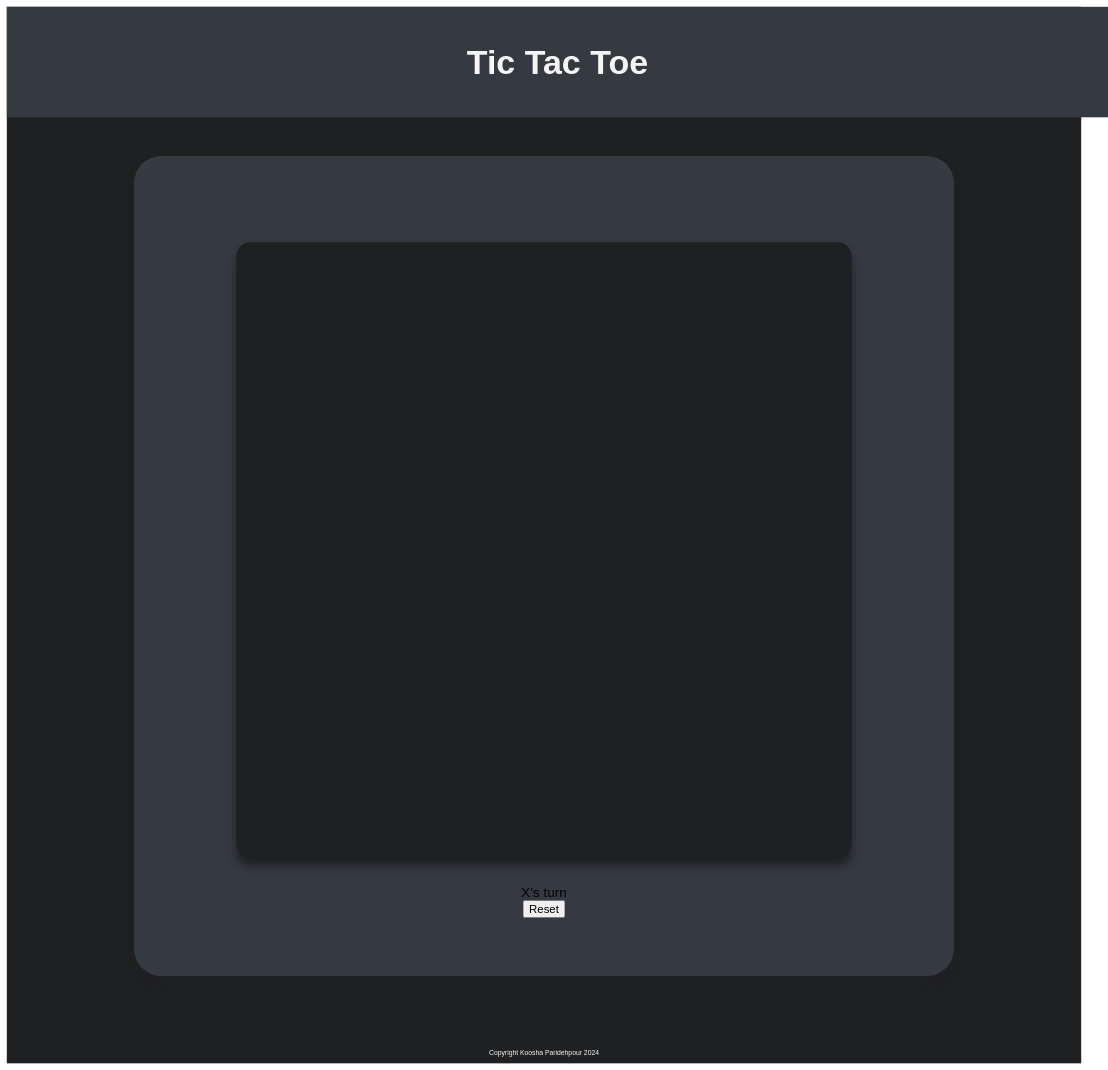
Repository: KooshaPari/odin-TTT
Page: index.html
An editor plug-in stored every save of this project. The page is shown before and after the next save, followed by the edit.
The browser window is 1280 px wide. The page is 1304 px wide, so the pictures cover 1304 px, including what lies to the right of the window. The pictures show the whole page, at 85% of full size.
The pointer rests on the first visible `#game`.

Above is the page before, as saved 2024-03-14 22:50:09.

### index.html
<!doctype html>
<html lang="en">
  <head>
    <meta charset="UTF-8" />

    <link rel="stylesheet" href="./style.css" />
    <meta name="viewport" content="width=device-width, initial-scale=1.0" />
    <title>Document</title>
  </head>
  <body>
    <div id="parent">
      <div id="header">
        <h1>Tic Tac Toe</h1>
      </div>
      <div id="body">
        <div id="game">
          <div id="board">
            <div class="square" id="0"></div>
            <div class="square" id="1"></div>
            <div class="square" id="2"></div>
            <div class="square" id="3"></div>
            <div class="square" id="4"></div>
            <div class="square" id="5"></div>
            <div class="square" id="6"></div>
            <div class="square" id="7"></div>
            <div class="square" id="8"></div>
          </div>
          <div id="status">X's turn</div>
          <button id="reset">Reset</button>
        </div>
      </div>
      <div id="footer">
        <p>Copyright Koosha Paridehpour 2024</p>
      </div>
    </div>
  </body>
</html>

### style.css
* {
  font-family: sans-serif;
}
#parent {
  background-color: #1f2022;
  width: 100%;
  height: 100%;
}
#header {
  background-color: #353a40;
  padding: 1.25%;
  width: 100%;
  height: 100%;
}
#header h1 {
  color: #f6f5f5;

  font-size: 2.5em;
}
#footer p {
  color: #f6f5f5;
  font-size: 0.5em;
}

#header,
#footer,
#body {
  display: flex;
  align-items: center;
  justify-content: center;
}
#title {
  color: #f6f5f5;
}
#body {
  flex-direction: column;
}
#game {
  display: flex;
  flex-direction: column;
  justify-content: center;
  align-items: center;
  background-color: #353a40;
  border-radius: 2em;
  margin: 5vw;
  box-shadow: 0px 10px 10px #1f2022;
  width: 75vw;
  height: 75vw;
  -webkit-border-radius: 2em;
  -moz-border-radius: 2em;
  -ms-border-radius: 2em;
  -o-border-radius: 2em;
}
#board {
  width: 75%;

  height: 75%;
  background-color: #1f2022;
  border-radius: 1em;
  margin: 2em;
  box-shadow: 0px 10px 10px #1f2022;
  -webkit-border-radius: 1em;
  -moz-border-radius: 1em;
  -ms-border-radius: 1em;
  -o-border-radius: 1em;
}
#board:hover {
  transform: scale(1.025) translate(0, -1em);
  transition: 0.5s ease-in-out;
  -webkit-transform: scale(1.025) translate(0, -1em);
  -moz-transform: scale(1.025) translate(0, -1em);
  -ms-transform: scale(1.025) translate(0, -1em);
  -o-transform: scale(1.025) translate(0, -1em);
  -webkit-transition: 0.5s ease-in-out;
  -moz-transition: 0.5s ease-in-out;
  -ms-transition: 0.5s ease-in-out;
  -o-transition: 0.5s ease-in-out;
}
#game:hover {
  transform: scale(1.005) translate(0, -1em);
  transition: 0.5s ease-in-out;
  -webkit-transform: scale(1.005) translate(0, -1em);
  -moz-transform: scale(1.005) translate(0, -1em);
  -ms-transform: scale(1.005) translate(0, -1em);
  -o-transform: scale(1.005) translate(0, -1em);
}

After the next save:
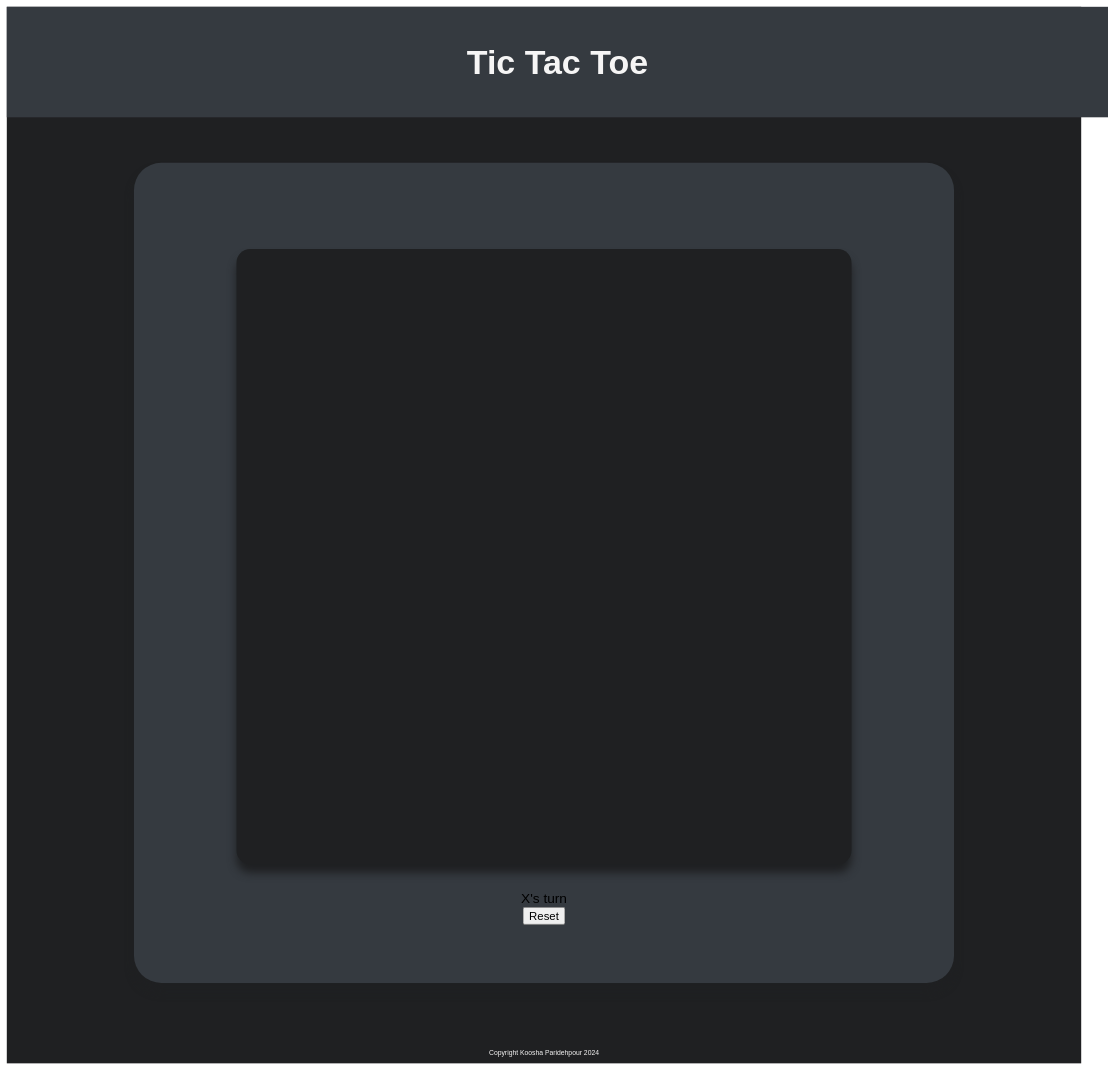
Saved 5 s later.
--- a/style.css
+++ b/style.css
@@ -77,10 +77,10 @@
   -o-transition: 0.5s ease-in-out;
 }
 #game:hover {
-  transform: scale(1.005) translate(0, -1em);
+  transform: scale(1.005) translate(0, -0.5em);
   transition: 0.5s ease-in-out;
-  -webkit-transform: scale(1.005) translate(0, -1em);
-  -moz-transform: scale(1.005) translate(0, -1em);
-  -ms-transform: scale(1.005) translate(0, -1em);
-  -o-transform: scale(1.005) translate(0, -1em);
+  -webkit-transform: scale(1.005) translate(0, -0.5em);
+  -moz-transform: scale(1.005) translate(0, -0.5em);
+  -ms-transform: scale(1.005) translate(0, -0.5em);
+  -o-transform: scale(1.005) translate(0, -0.5em);
 }
